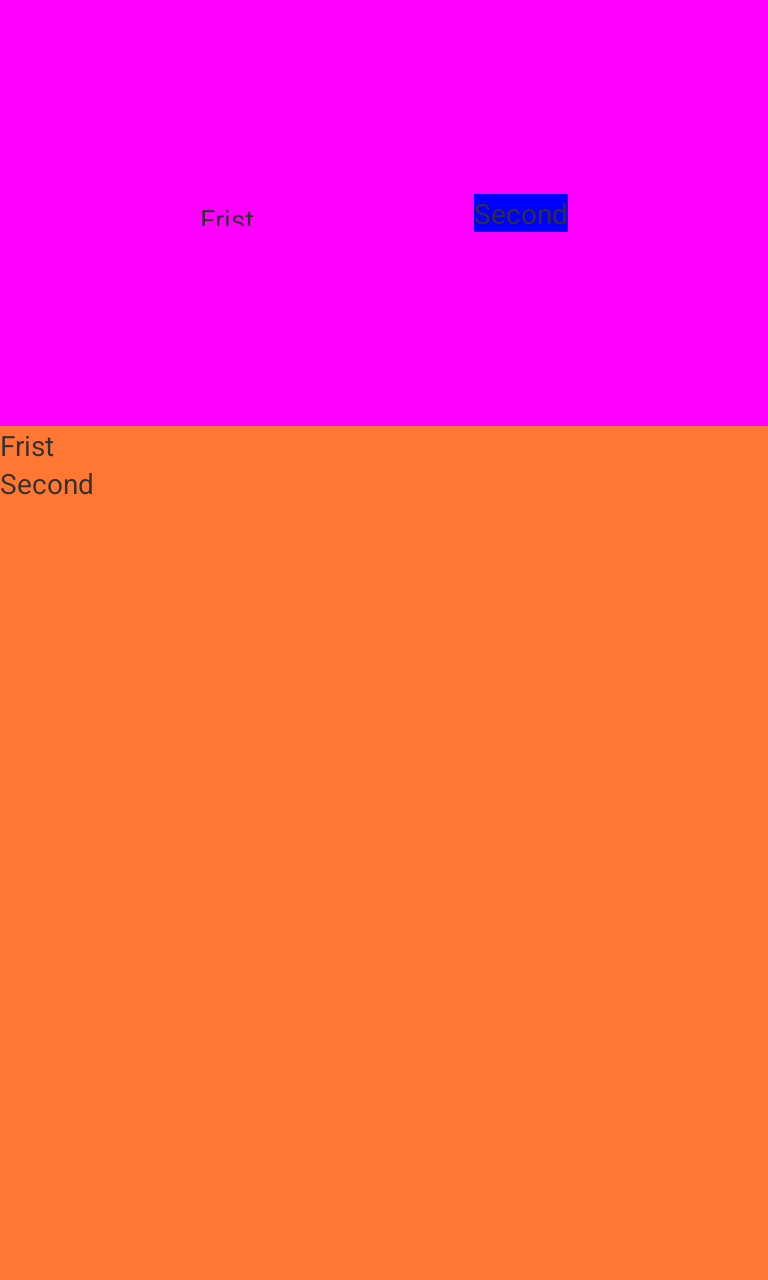
Repository: ling-cen/demo
Layout: Layout_1/res/layout/linner_layout_4.xml
The author's editor kept a copy of each file at every save. The layout is drawn from the files as they stood at one save, then again after the next save.
It is drawn on a 768 x 1280 px phone screen (xhdpi) without system bars, with theme AppTheme; the app's code is not run.

Above is the layout before, as saved 2018-12-12 09:21:20.

After the next save:
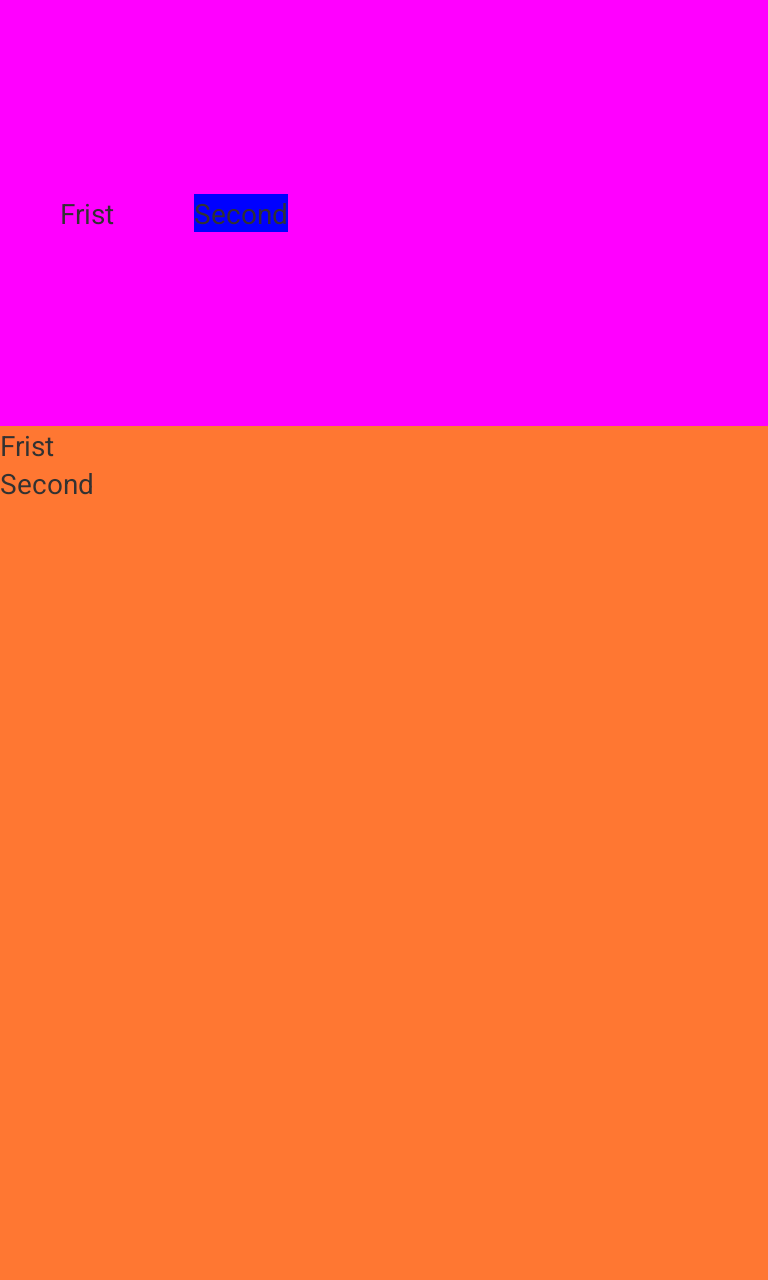
Saved 11 s later.
--- a/Layout_1/res/layout/linner_layout_4.xml
+++ b/Layout_1/res/layout/linner_layout_4.xml
@@ -15,7 +15,7 @@
             android:layout_width="wrap_content"
             android:layout_height="wrap_content"
             android:background="#ff00ff"
-            android:layout_margin="100dp"
+            android:layout_margin="30dp"
             android:layout_gravity="center_vertical"
             android:text="Frist" />
 
